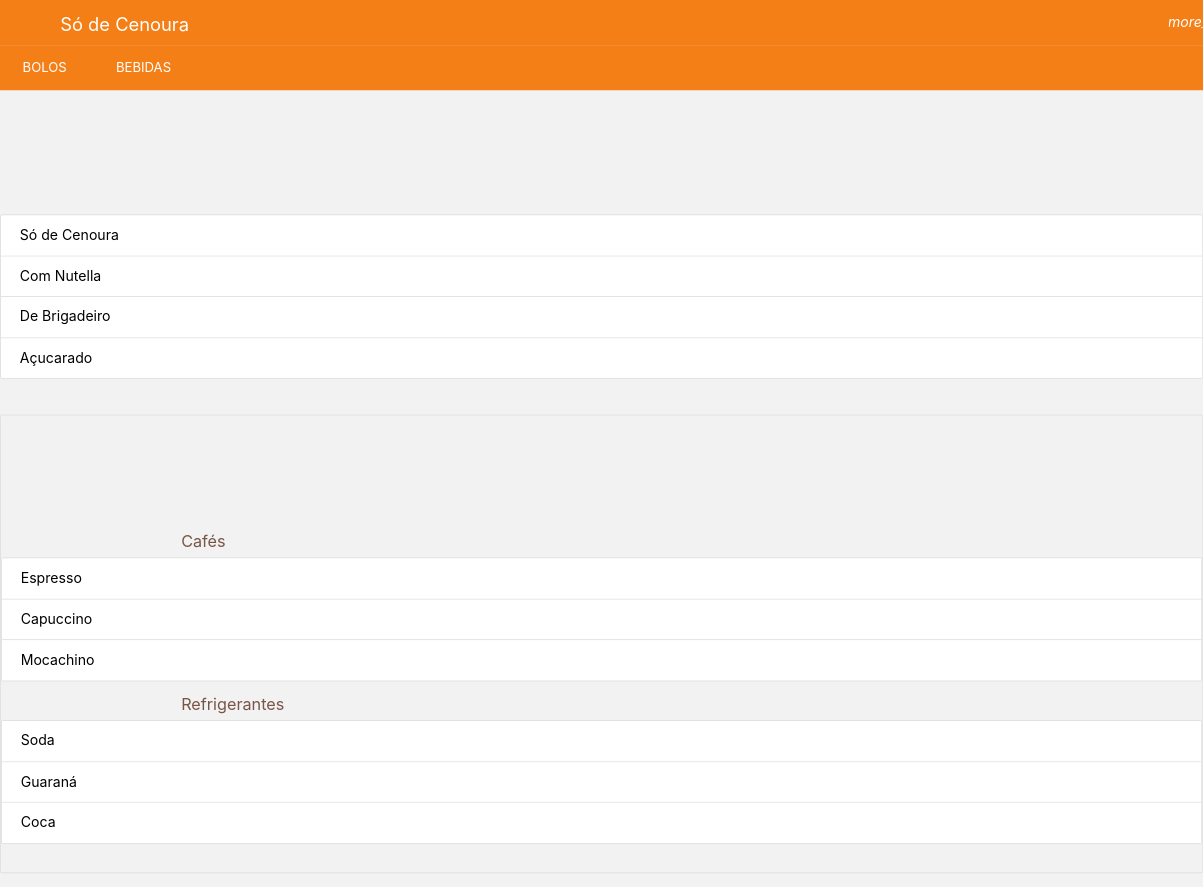
Repository: TaRCioS-CLaY/Mobile_RC_Clay
Page: garconapp/www/index.html
These files come from the project's save history. The page is drawn as it stood at one moment and after the next save; the edit follows.
The browser window is 1280 px wide. The pictures show the whole page, at 94% of full size.

Above is the page before, as saved 2019-05-02 23:36:49.

### garconapp/www/index.html
<!DOCTYPE html>
<html>
  <head>
    <meta	name="viewport" content="width=device-width,	initial-scale=1">
    <meta	charset="utf-8">
    <title>Só	de	Cenoura	Garçom</title>
    <!-- <link	rel="stylesheet" href="css/MaterialIcons-Regular.ttfs"> -->
    <link	rel="stylesheet" href="css/materialize.css">
    <link	rel="stylesheet" href="css/estilos.css">
  </head>
  <body>

    <div	class="topo-fixo	z-depth-1"></div>
    <div	class="valign-wrapper	yellow	darken-4	white-text">
      <h5	class="titulo">Só	de	Cenoura</h5>
      <div>
              <i	class="material-icons	waves-effect
                                  waves-light	waves-circle">more_vert</i>
      </div>
</div>
    <ul	class="tabs	yellow	darken-4">
      <li	class="tab">
        <a	href="#bolos"
           class="white-text	waves-effect	waves-light">
          Bolos
        </a>
      </li>
      <li	class="tab">
        <a	href="#bebidas"
           class="white-text	waves-effect	waves-light">
          Bebidas
        </a>
      </li>
    </ul>
    <div	id="bolos" class="section">
      <div	class="collection">
        <a	class="collection-item waves-effect black-text">Só	de	Cenoura</a>
        <a	class="collection-item waves-effect black-text">Com	Nutella</a>
        <a	class="collection-item waves-effect black-text">De	Brigadeiro</a>
        <a	class="collection-item waves-effect black-text">Açucarado</a>
      </div>
    </div>
    <div	class="collection brown-text">
      <div	id="bebidas" class="section">
        <h6	class="container">Cafés</h6>
        <div	class="collection">
          <a	class="collection-item waves-effect black-text">Espresso</a>
          <a	class="collection-item waves-effect black-text">Capuccino</a>
          <a	class="collection-item waves-effect black-text">Mocachino</a>
        </div>
        <h6	class="container brown-text">Refrigerantes</h6>
        <div	class="collection">
          <a	class="collection-item waves-effect black-text">Soda</a>
          <a	class="collection-item waves-effect black-text">Guaraná</a>
          <a	class="collection-item waves-effect black-text">Coca</a>
        </div>
      </div>


      <script	src="js/jquery-3.4.0.min.js"></script>
      <script	src="js/materialize.min.js"></script>
  </body>
</html>

### garconapp/www/css/estilos.css
.topo-fixo	{
    position:	fixed;
    top: 0;
    width: 100%;
    z-index: 2;
}

.titulo	{
    font-size: 1.3rem;
    margin-left: 5%;
    margin-right:	auto;
}

.tabs .indicator	{
    background-color:	white;
}

body	{
    background-color: #F2F2F2;
}

.section	{
    padding-top: 125px;
}

Loaded but not shown: garconapp/www/css/materialize.css (library); garconapp/www/js/jquery-3.4.0.min.js (library); garconapp/www/js/materialize.min.js (library)

After the next save:
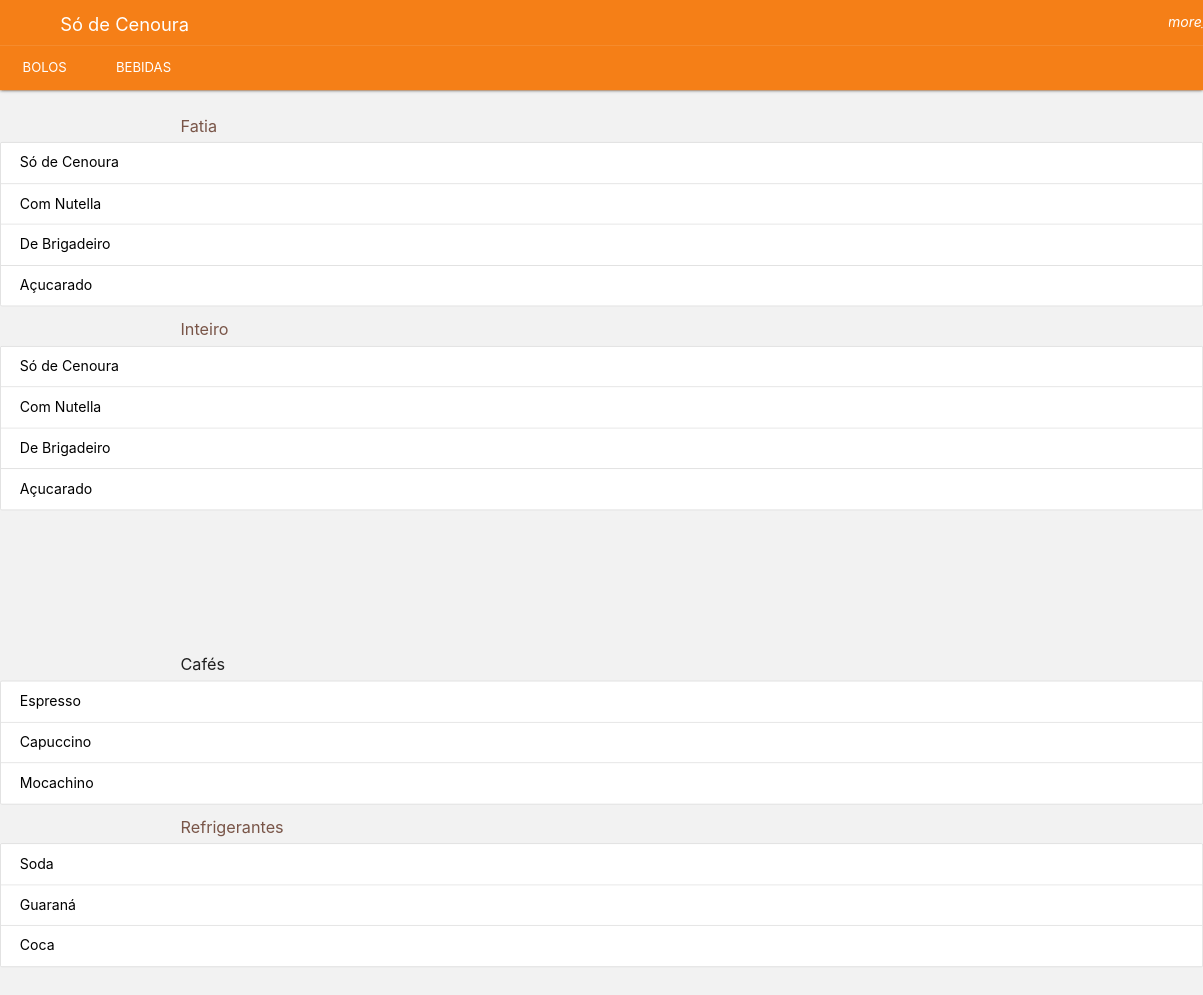
Saved 9 min 4 s later.
--- a/garconapp/www/index.html
+++ b/garconapp/www/index.html
@@ -10,14 +10,16 @@
   </head>
   <body>
 
-    <div	class="topo-fixo	z-depth-1"></div>
+    <div	class="topo-fixo	z-depth-1">
     <div	class="valign-wrapper	yellow	darken-4	white-text">
       <h5	class="titulo">Só	de	Cenoura</h5>
+
       <div>
               <i	class="material-icons	waves-effect
-                                  waves-light	waves-circle">more_vert</i>
+               waves-light	waves-circle">more_vert</i>
       </div>
 </div>
+
     <ul	class="tabs	yellow	darken-4">
       <li	class="tab">
         <a	href="#bolos"
@@ -32,15 +34,26 @@
         </a>
       </li>
     </ul>
+  </div>
+
     <div	id="bolos" class="section">
+      <h6 class="container brown-text">Fatia</h6>
       <div	class="collection">
         <a	class="collection-item waves-effect black-text">Só	de	Cenoura</a>
         <a	class="collection-item waves-effect black-text">Com	Nutella</a>
         <a	class="collection-item waves-effect black-text">De	Brigadeiro</a>
         <a	class="collection-item waves-effect black-text">Açucarado</a>
       </div>
+
+      <h6 class="container brown-text">Inteiro</h6>
+      <div	class="collection">
+          <a	class="collection-item waves-effect black-text">Só	de	Cenoura</a>
+          <a	class="collection-item waves-effect black-text">Com	Nutella</a>
+          <a	class="collection-item waves-effect black-text">De	Brigadeiro</a>
+          <a	class="collection-item waves-effect black-text">Açucarado</a>
+        </div>
     </div>
-    <div	class="collection brown-text">
+
       <div	id="bebidas" class="section">
         <h6	class="container">Cafés</h6>
         <div	class="collection">
